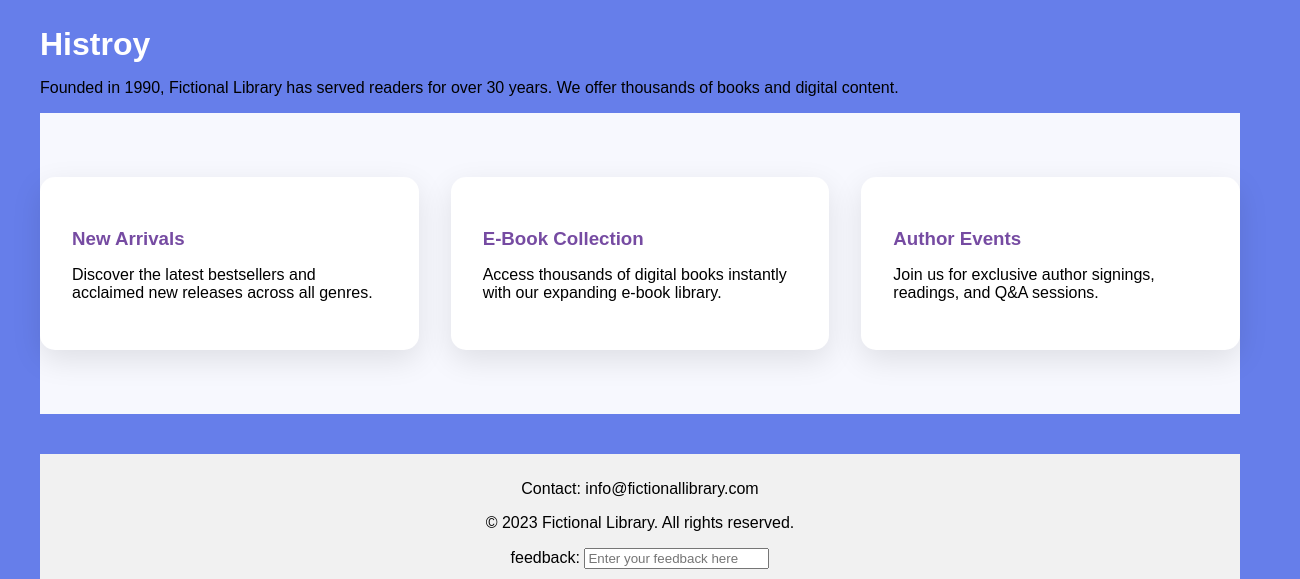
Repository: Ibrahim-Abohola/BookStore
Page: Homepage.html
The author's editor kept a copy of each file at every save. The page is drawn from the files as they stood at one save, then again after a run of saves.
The browser window is 1280 px wide. The page is 1300 px wide, so the pictures cover 1300 px, including what lies to the right of the window. The pictures show the part of the page from y = 232 to 938 px (the page is 811 px tall before and 938 px after).

Above is the page before, as saved 2025-07-16 00:38:21.

After the next 2 saves:
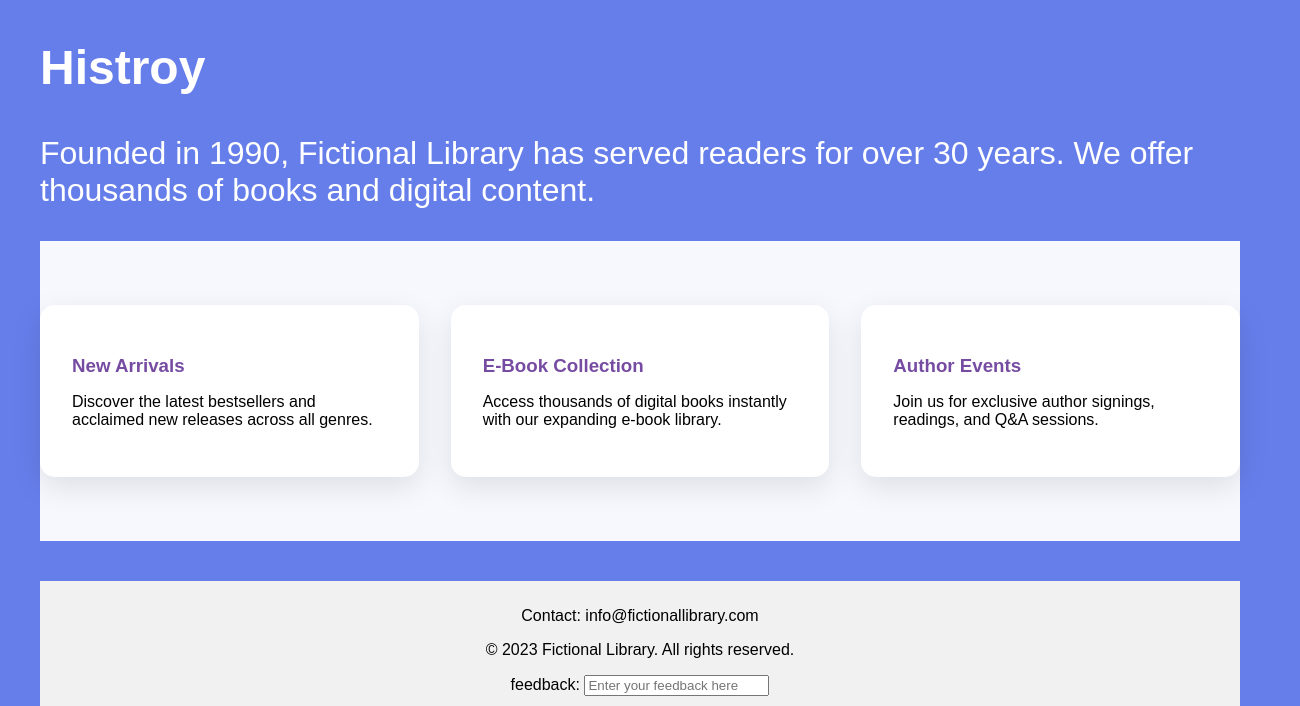
The 2 saves are shown as one change because they came seconds apart.
The last was saved 17 s later.
--- a/styles.css
+++ b/styles.css
@@ -11,7 +11,7 @@ body {
     padding: 0 20px;
 }
 
-h2 {
+.intro {
     color: white;
     font-size: 2rem;
     margin-bottom: 1rem;
